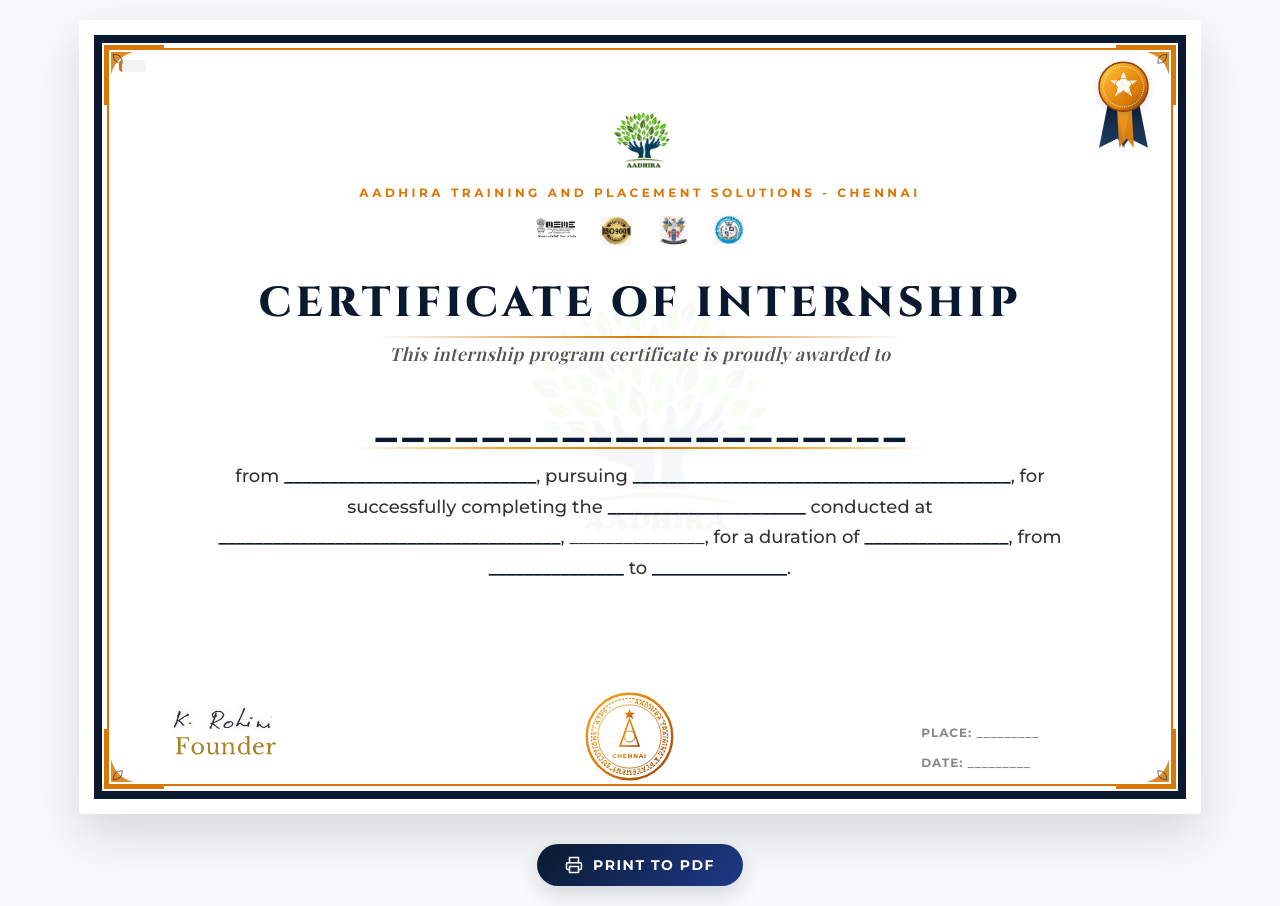
Repository: vimalRaj45/AADHIRA
Page: empt.html
These files come from the project's save history. The page is drawn as it stood at one moment and after a run of saves; the edit follows.
The browser window is 1280 px wide. The pictures show the whole page.
Some web fonts or font styles are not loaded; a fallback is used.

Above is the page before, as saved 2026-05-20 20:59:22.

### empt.html
<!DOCTYPE html>
<html lang="en">
<head>
  <meta charset="UTF-8">
  <meta name="viewport" content="width=device-width, initial-scale=1.0">
  <title>Certificate of Internship</title>

  <!-- Google Fonts for high-end look -->
  <link rel="preconnect" href="https://fonts.googleapis.com">
  <link rel="preconnect" href="https://fonts.gstatic.com" crossorigin>
  <link href="https://fonts.googleapis.com/css2?family=Cinzel:wght@600;700;800&family=Great+Vibes&family=Montserrat:wght@400;500;600;700&family=Playfair+Display:ital,wght@0,600;0,700;1,500;1,600&family=Alex+Brush&family=Mrs+Saint+Delafield&display=swap" rel="stylesheet">

  <!-- qrcode.js CDN -->
  <script src="https://cdnjs.cloudflare.com/ajax/libs/qrcodejs/1.0.0/qrcode.min.js"></script>

  <style>
    /* Styling for Screen Preview */
    :root {
      --navy: #0A192F;
      --gold: #D97706;
      --gold-light: #F5A623;
      --accent: #E07A5F;
      --bg: #F8F9FA;
      --paper: #FFFFFF;
    }

    * {
      box-sizing: border-box;
      margin: 0;
      padding: 0;
    }

    body {
      background-color: var(--bg);
      font-family: 'Montserrat', sans-serif;
      display: flex;
      flex-direction: column;
      align-items: center;
      justify-content: center;
      min-height: 100vh;
      padding: 20px;
    }

    /* Fixed Landscape A4 Dimensions for Preview */
    .cert-container {
      width: 297mm;
      height: 210mm;
      background: var(--paper);
      position: relative;
      overflow: hidden;
      box-shadow: 0 20px 50px rgba(10, 25, 47, 0.15);
      border-radius: 4px;
      display: flex;
      flex-direction: column;
      justify-content: space-between;
      padding: 40px;
    }

    /* Outer Borders */
    .border-outer {
      position: absolute;
      top: 15px;
      left: 15px;
      right: 15px;
      bottom: 15px;
      border: 8px solid var(--navy);
      pointer-events: none;
    }

    .border-inner {
      position: absolute;
      top: 28px;
      left: 28px;
      right: 28px;
      bottom: 28px;
      border: 2px solid var(--gold);
      pointer-events: none;
    }

    /* Border Corner Decorations */
    .corner-dec {
      position: absolute;
      width: 60px;
      height: 60px;
      border: 3px solid var(--gold);
      pointer-events: none;
    }

    .corner-tl {
      top: 25px;
      left: 25px;
      border-right: none;
      border-bottom: none;
    }

    .corner-tr {
      top: 25px;
      right: 25px;
      border-left: none;
      border-bottom: none;
    }

    .corner-bl {
      bottom: 25px;
      left: 25px;
      border-right: none;
      border-top: none;
    }

    .corner-br {
      bottom: 25px;
      right: 25px;
      border-left: none;
      border-top: none;
    }

    /* Decorative Corner SVG Accents */
    .corner-svg {
      position: absolute;
      width: 45px;
      height: 45px;
      fill: var(--gold);
      opacity: 0.85;
    }
    .svg-tl { top: 32px; left: 32px; }
    .svg-tr { top: 32px; right: 32px; transform: rotate(90deg); }
    .svg-bl { bottom: 32px; left: 32px; transform: rotate(-90deg); }
    .svg-br { bottom: 32px; right: 32px; transform: rotate(180deg); }

    /* Watermark background using your real corporate Aadhira Tree logo */
    .watermark {
      position: absolute;
      top: 50%;
      left: 50%;
      transform: translate(-50%, -50%);
      width: 340px;
      height: 340px;
      pointer-events: none;
      z-index: 1;
      opacity: 0.04;
      background-image: url('logos.png');
      background-size: 400% 100%;
      background-position: 0% 0%;
      background-repeat: no-repeat;
    }

    /* Header Layout */
    .header {
      display: flex;
      justify-content: center; /* PERFECT CENTER */
      align-items: center;
      z-index: 2;
      position: relative;
      width: 100%;
      height: 110px;
    }

    .cert-id {
      position: absolute;
      left: 0;
      top: 0;
      font-size: 14px;
      color: var(--navy);
      font-weight: 700;
      letter-spacing: 1.5px;
      background: rgba(10, 25, 47, 0.05);
      padding: 6px 12px;
      border-radius: 4px;
      border-left: 3px solid var(--gold);
    }

    .header-branding {
      display: flex;
      flex-direction: column;
      align-items: center;
      text-align: center;
    }

    /* Brand Logo & Accreditations Sprites */
    .logo-sprite {
      background-image: url('logos.png');
      background-size: 400% 100%;
      background-repeat: no-repeat;
      display: inline-block;
      mix-blend-mode: multiply;
    }

    .logo-aadhira {
      background-position: 0% 0%;
      width: 80px;
      height: 80px;
      margin-top: 120px;
      margin-bottom: 2px;
    }

    .company-subtitle {
      font-size: 12px;
      color: var(--gold);
      font-weight: 700;
      text-transform: uppercase;
      letter-spacing: 3.5px;
      margin-top: 2px;
      margin-bottom: 6px;
    }

    /* Center-Aligned Accreditation Badges */
    .accreditations {
      display: flex;
      gap: 12px;
      justify-content: center;
      align-items: center;
    }

    .logo-iso {
      background-position: 33.33% 0%;
      width: 44px;
      height: 44px;
    }

    .logo-arms {
      background-position: 66.66% 0%;
      width: 44px;
      height: 44px;
    }

    .logo-uk {
      background-position: 100% 0%;
      width: 44px;
      height: 44px;
    }

    .logo-msme {
      height: 44px;
      mix-blend-mode: multiply;
      object-fit: contain;
    }

    .medal-container {
      position: absolute;
      right: 0;
      top: -10px;
      width: 80px;
      height: 100px;
      display: flex;
      justify-content: flex-end;
    }

    /* Body/Content Layout */
    .content {
      text-align: center;
      z-index: 2;
      position: relative;
      margin-top: 5px;
      margin-bottom: 5px;
    }

    .title {
      font-family: 'Cinzel', serif;
      font-size: 42px;
      font-weight: 800;
      color: var(--navy);
      letter-spacing: 4px;
      margin-bottom: 10px;
      position: relative;
      display: inline-block;
    }

    .title::after {
      content: '';
      position: absolute;
      bottom: -6px;
      left: 15%;
      width: 70%;
      height: 2px;
      background: linear-gradient(90deg, transparent, var(--gold), transparent);
    }

    .subtitle {
      font-family: 'Playfair Display', serif;
      font-size: 18px;
      font-style: italic;
      color: #555;
      margin-bottom: 20px;
      letter-spacing: 0.5px;
    }

    .recipient-name {
      font-family: 'Playfair Display', serif;
      font-size: 44px;
      font-weight: 700;
      color: var(--navy);
      margin-bottom: 16px;
      display: inline-block;
      position: relative;
      padding: 0 20px;
    }

    .recipient-name::after {
      content: '';
      position: absolute;
      bottom: -4px;
      left: 0;
      width: 100%;
      height: 2.2px;
      background: linear-gradient(90deg, transparent, var(--gold-light), var(--gold), var(--gold-light), transparent);
    }

    .achievement-text {
      font-family: 'Montserrat', sans-serif;
      font-size: 18px;
      color: #333;
      line-height: 1.7;
      max-width: 860px;
      margin: 0 auto;
      font-weight: 500;
    }

    .highlight {
      font-weight: 700;
      color: var(--navy);
    }

    /* Bottom Section Layout */
    .footer {
      display: flex;
      justify-content: space-between;
      align-items: flex-end;
      z-index: 2;
      position: relative;
    }

    .signatory-block {
      width: 220px;
      text-align: center;
    }

    .signature-container {
      height: 60px;
      display: flex;
      align-items: flex-end;
      justify-content: center;
      margin-bottom: 8px;
    }

    /* Handwritten signature image displaying K. Rohini nicely overlayed */
    .signature-img {
      max-width: 150px;
      max-height: 60px;
      object-fit: contain;
      mix-blend-mode: multiply; /* Blends background color out */
    }

    .sign-line {
      border-top: 1.5px solid rgba(10, 25, 47, 0.3);
      padding-top: 6px;
    }

    .sign-name {
      font-size: 14px;
      font-weight: 700;
      color: var(--navy);
      text-transform: uppercase;
      letter-spacing: 1px;
    }

    .sign-designation {
      font-size: 12px;
      color: #666;
      margin-top: 2px;
      font-weight: 500;
    }

    .seal-block {
      width: 140px;
      display: flex;
      flex-direction: column;
      align-items: center;
      justify-content: center;
      margin-bottom: -10px;
    }

    .verification-block {
      display: flex;
      align-items: flex-end;
      gap: 15px;
      width: 240px;
    }

    .verification-details {
      text-align: left;
    }

    .verif-label {
      font-size: 10px;
      font-weight: 700;
      color: var(--navy);
      text-transform: uppercase;
      letter-spacing: 1px;
      margin-bottom: 4px;
    }

    .verif-link {
      font-size: 10px;
      color: #666;
      text-decoration: none;
      word-break: break-all;
      font-family: monospace;
      font-weight: 500;
      line-height: 1.3;
      display: block;
      max-width: 150px;
    }

    .verif-link:hover {
      color: var(--gold);
    }

    .qrcode-container {
      background: white;
      padding: 6px;
      border: 1px solid rgba(10, 25, 47, 0.12);
      border-radius: 4px;
      box-shadow: 0 4px 10px rgba(0,0,0,0.05);
      display: flex;
      align-items: center;
      justify-content: center;
    }

    /* Print & Floating Controls */
    .controls {
      margin-top: 30px;
      display: flex;
      gap: 15px;
      z-index: 10;
    }

    .btn {
      padding: 12px 28px;
      font-family: 'Montserrat', sans-serif;
      font-size: 14px;
      font-weight: 700;
      text-transform: uppercase;
      letter-spacing: 1.5px;
      border: none;
      border-radius: 50px;
      cursor: pointer;
      box-shadow: 0 8px 20px rgba(10, 25, 47, 0.15);
      transition: all 0.3s ease;
      display: flex;
      align-items: center;
      gap: 10px;
      text-decoration: none;
    }

    .btn-print {
      background: linear-gradient(135deg, var(--navy), #1E3A8A);
      color: white;
    }

    .btn-print:hover {
      transform: translateY(-2px);
      box-shadow: 0 12px 25px rgba(10, 25, 47, 0.25);
    }

    /* Print styling rules */
    @media print {
      body {
        background: none;
        padding: 0;
        margin: 0;
        width: 297mm;
        height: 210mm;
      }

      .cert-container {
        width: 297mm;
        height: 210mm;
        box-shadow: none;
        border-radius: 0;
        position: absolute;
        top: 0;
        left: 0;
        margin: 0;
        padding: 40px;
        page-break-after: always;
        -webkit-print-color-adjust: exact;
        print-color-adjust: exact;
      }

      .no-print {
        display: none !important;
      }
    }

    @page {
      size: A4 landscape;
      margin: 0;
    }
  </style>
</head>
<body>

  <!-- Certificate Container -->
  <div class="cert-container">

    <!-- Borders -->
    <div class="border-outer"></div>
    <div class="border-inner"></div>

    <!-- Corner Decorative Lines -->
    <div class="corner-dec corner-tl"></div>
    <div class="corner-dec corner-tr"></div>
    <div class="corner-dec corner-bl"></div>
    <div class="corner-dec corner-br"></div>

    <!-- Corner Decorative SVGs -->
    <svg class="corner-svg svg-tl" viewBox="0 0 100 100">
      <path d="M 0,0 L 50,0 C 20,10 10,20 0,50 Z" />
      <circle cx="15" cy="15" r="4" />
      <path d="M 5,5 Q 25,5 25,25 Q 5,25 5,5" fill="none" stroke="currentColor" stroke-width="1.5"/>
    </svg>
    <svg class="corner-svg svg-tr" viewBox="0 0 100 100">
      <path d="M 0,0 L 50,0 C 20,10 10,20 0,50 Z" />
      <circle cx="15" cy="15" r="4" />
      <path d="M 5,5 Q 25,5 25,25 Q 5,25 5,5" fill="none" stroke="currentColor" stroke-width="1.5"/>
    </svg>
    <svg class="corner-svg svg-bl" viewBox="0 0 100 100">
      <path d="M 0,0 L 50,0 C 20,10 10,20 0,50 Z" />
      <circle cx="15" cy="15" r="4" />
      <path d="M 5,5 Q 25,5 25,25 Q 5,25 5,5" fill="none" stroke="currentColor" stroke-width="1.5"/>
    </svg>
    <svg class="corner-svg svg-br" viewBox="0 0 100 100">
      <path d="M 0,0 L 50,0 C 20,10 10,20 0,50 Z" />
      <circle cx="15" cy="15" r="4" />
      <path d="M 5,5 Q 25,5 25,25 Q 5,25 5,5" fill="none" stroke="currentColor" stroke-width="1.5"/>
    </svg>

    <!-- Watermark Background using corporate Aadhira Tree logo -->
    <div class="watermark"></div>

    <!-- Top Header -->
    <div class="header">
      <div class="cert-id"></div>

      <div class="header-branding">
        <!-- Render your corporate Aadhira Tree logo via sprite -->
        <div class="logo-sprite logo-aadhira"></div>
        <div class="company-subtitle">AADHIRA TRAINING AND PLACEMENT SOLUTIONS - CHENNAI</div>

        <!-- Accreditation badges horizontally aligned -->
        <div class="accreditations">
          <img src="ministry-of-micro-small-and-medium-enterprises-logo-png.png" class="logo-msme" title="MSME Certified" alt="MSME Logo">
          <div class="logo-sprite logo-iso" title="ISO 9001:2015 Certified"></div>
          <div class="logo-sprite logo-arms" title="International Standards Certified"></div>
          <div class="logo-sprite logo-uk" title="Euro UK Accreditation Licensed"></div>
        </div>
      </div>

      <!-- Gold Medal Ribbon -->
      <div class="medal-container">
        <svg viewBox="0 0 120 180" width="75" height="110">
          <defs>
            <linearGradient id="goldGrad" x1="0%" y1="0%" x2="100%" y2="100%">
              <stop offset="0%" stop-color="#FDE047"/>
              <stop offset="30%" stop-color="#F5A623"/>
              <stop offset="70%" stop-color="#D97706"/>
              <stop offset="100%" stop-color="#78350F"/>
            </linearGradient>
            <linearGradient id="ribbonGrad1" x1="0%" y1="0%" x2="0%" y2="100%">
              <stop offset="0%" stop-color="#0A192F"/>
              <stop offset="100%" stop-color="#1E3E62"/>
            </linearGradient>
            <linearGradient id="ribbonGrad2" x1="0%" y1="0%" x2="0%" y2="100%">
              <stop offset="0%" stop-color="#F5A623"/>
              <stop offset="100%" stop-color="#D97706"/>
            </linearGradient>
          </defs>
          <!-- Ribbons -->
          <path d="M38 70 L20 160 L50 145 L62 160 L45 70" fill="url(#ribbonGrad1)"/>
          <path d="M82 70 L100 160 L70 145 L58 160 L75 70" fill="url(#ribbonGrad1)"/>
          <path d="M48 70 L53 160 L65 145 L77 160 L72 70" fill="url(#ribbonGrad2)" opacity="0.95"/>
          <!-- Medal Outer -->
          <circle cx="60" cy="60" r="40" fill="url(#goldGrad)" stroke="#92400E" stroke-width="2.5" filter="drop-shadow(0 3px 6px rgba(0,0,0,0.15))"/>
          <!-- Medal Ridges -->
          <circle cx="60" cy="60" r="33" fill="none" stroke="#FEF3C7" stroke-width="1.5" stroke-dasharray="2 1.5"/>
          <!-- Medal Emblem -->
          <polygon points="60,35 66,50 82,50 69,60 74,76 60,66 46,76 51,60 38,50 54,50" fill="#FFF" opacity="0.95"/>
          <circle cx="60" cy="60" r="14" fill="none" stroke="#D97706" stroke-width="1.2"/>
        </svg>
      </div>
    </div>

    <!-- Main Content Area -->
    <div class="content">
      <h1 class="title">CERTIFICATE OF INTERNSHIP</h1>
      <p class="subtitle">This internship program certificate is proudly awarded to</p>

      <div class="recipient-name">____________________</div>

      <p class="achievement-text">
        from <span class="highlight">____________________________</span>, pursuing <span class="highlight">__________________________________________</span>,
        for successfully completing the <span class="highlight">______________________</span>
        conducted at <span class="highlight">______________________________________</span>,
        _______________, for a duration of <span class="highlight">________________</span>,
        from <span class="highlight">_______________</span> to <span class="highlight">_______________</span>.
      </p>
    </div>

    <!-- Bottom Footer Section -->
    <div class="footer">

      <!-- Signature Block -->
      <div class="signatory-block">
        <div class="signature-container">
          <!-- Render your brand's handwritten signature image -->
          <img src="signature.png" class="signature-img" alt="Signature of K. Rohini">
        </div>
      </div>

      <!-- Company Seal -->
      <div class="seal-block">
        <svg viewBox="0 0 120 120" width="95" height="95">
          <defs>
            <linearGradient id="sealGrad" x1="0%" y1="0%" x2="100%" y2="100%">
              <stop offset="0%" stop-color="#F5A623"/>
              <stop offset="50%" stop-color="#D97706"/>
              <stop offset="100%" stop-color="#92400E"/>
            </linearGradient>
          </defs>
          <circle cx="60" cy="60" r="54" fill="none" stroke="url(#sealGrad)" stroke-width="3"/>
          <circle cx="60" cy="60" r="48" fill="none" stroke="url(#sealGrad)" stroke-width="1.5" stroke-dasharray="3 1.5"/>
          <circle cx="60" cy="60" r="40" fill="none" stroke="url(#sealGrad)" stroke-width="1"/>

          <!-- Curved text using SVG path -->
          <path id="sealTextPath-1" d="M60 18 A42 42 0 0 1 102 60 A42 42 0 0 1 60 102 A42 42 0 0 1 18 60 A42 42 0 0 1 60 18 Z" fill="none"/>
          <text fill="url(#sealGrad)" font-family="'Montserrat', sans-serif" font-size="6.8" font-weight="700" letter-spacing="0.8">
            <textPath href="#sealTextPath-1" startOffset="0%">• AADHIRA TRAINING & PLACEMENT SOLUTIONS • ATPS •</textPath>
          </text>

          <!-- Star and Seal Center Logo -->
          <path d="M60 38 L72 72 L48 72 Z" fill="none" stroke="url(#sealGrad)" stroke-width="2"/>
          <circle cx="60" cy="60" r="7" fill="none" stroke="url(#sealGrad)" stroke-width="1.2"/>
          <path d="M60 25 L62 30 L67 30 L63 33 L65 38 L60 35 L55 38 L57 33 L53 30 L58 30 Z" fill="url(#sealGrad)"/>
          <text x="60" y="87" text-anchor="middle" fill="url(#sealGrad)" font-family="'Montserrat', sans-serif" font-size="7.5" font-weight="800" letter-spacing="1">CHENNAI</text>
        </svg>
      </div>

      <!-- Verification QR & Details -->
      <div class="verification-block">
        <div class="verification-details">
             <div class="verif-label" style="margin-top: 12px; font-size: 12px; color: #888; margin-bottom: 15px;">Place: _________</div>
             <div class="verif-label" style="font-size: 12px; color: #888;">Date: _________</div>
        </div>
      </div>

    </div>

  </div>

  <!-- Print Button (Hidden on Print) -->
  <div class="controls no-print">
    <button class="btn btn-print" onclick="window.print()">
      <svg width="18" height="18" viewBox="0 0 24 24" fill="none" stroke="currentColor" stroke-width="2" stroke-linecap="round" stroke-linejoin="round">
        <polyline points="6 9 6 2 18 2 18 9"></polyline>
        <path d="M6 18H4a2 2 0 0 1-2-2v-5a2 2 0 0 1 2-2h16a2 2 0 0 1 2 2v5a2 2 0 0 1-2 2h-2"></path>
        <rect x="6" y="14" width="12" height="8"></rect>
      </svg>
      Print to PDF
    </button>
  </div>

  <!-- Dynamic QR Code Script -->
  <script>
    document.addEventListener("DOMContentLoaded", function() {
      const qrcodeEl = document.getElementById("qrcode-1");
      if (qrcodeEl) {
        new QRCode(qrcodeEl, {
          text: "https://aadhira.onrender.com/verify?cert=ATPS/2026/000001",
          width: 60,
          height: 60,
          colorDark : "#0A192F",
          colorLight : "#FFFFFF",
          correctLevel : QRCode.CorrectLevel.H
        });
      }
    });
  </script>

</body>
</html>

After the next 2 saves:
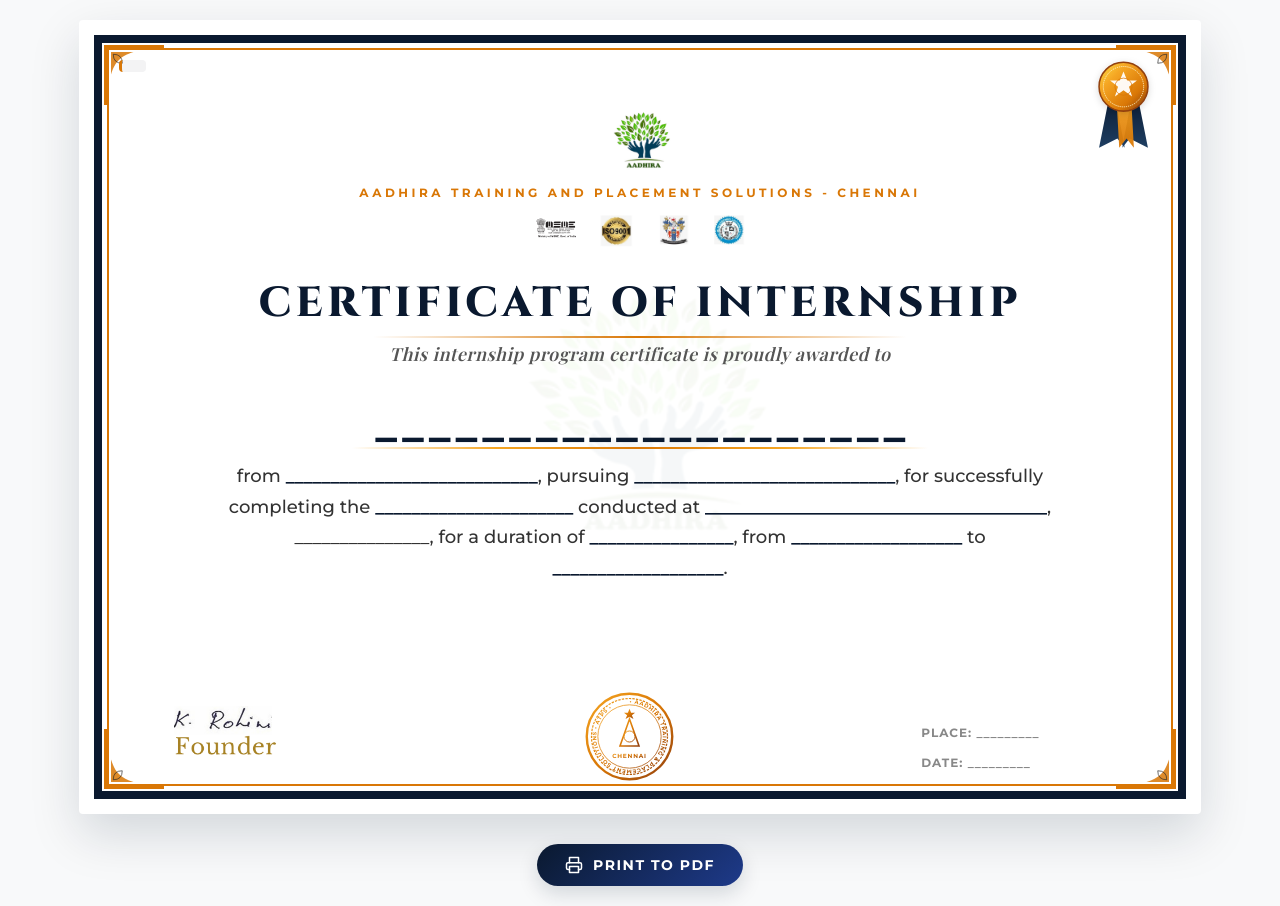
The 2 saves are shown as one change because they came seconds apart.
The last was saved 40 s later.
--- a/empt.html
+++ b/empt.html
@@ -598,11 +598,11 @@
       <div class="recipient-name">____________________</div>
 
       <p class="achievement-text">
-        from <span class="highlight">____________________________</span>, pursuing <span class="highlight">__________________________________________</span>,
+        from <span class="highlight">____________________________</span>, pursuing <span class="highlight">_____________________________</span>,
         for successfully completing the <span class="highlight">______________________</span>
         conducted at <span class="highlight">______________________________________</span>,
         _______________, for a duration of <span class="highlight">________________</span>,
-        from <span class="highlight">_______________</span> to <span class="highlight">_______________</span>.
+        from <span class="highlight">___________________</span> to <span class="highlight">___________________</span>.
       </p>
     </div>
 
